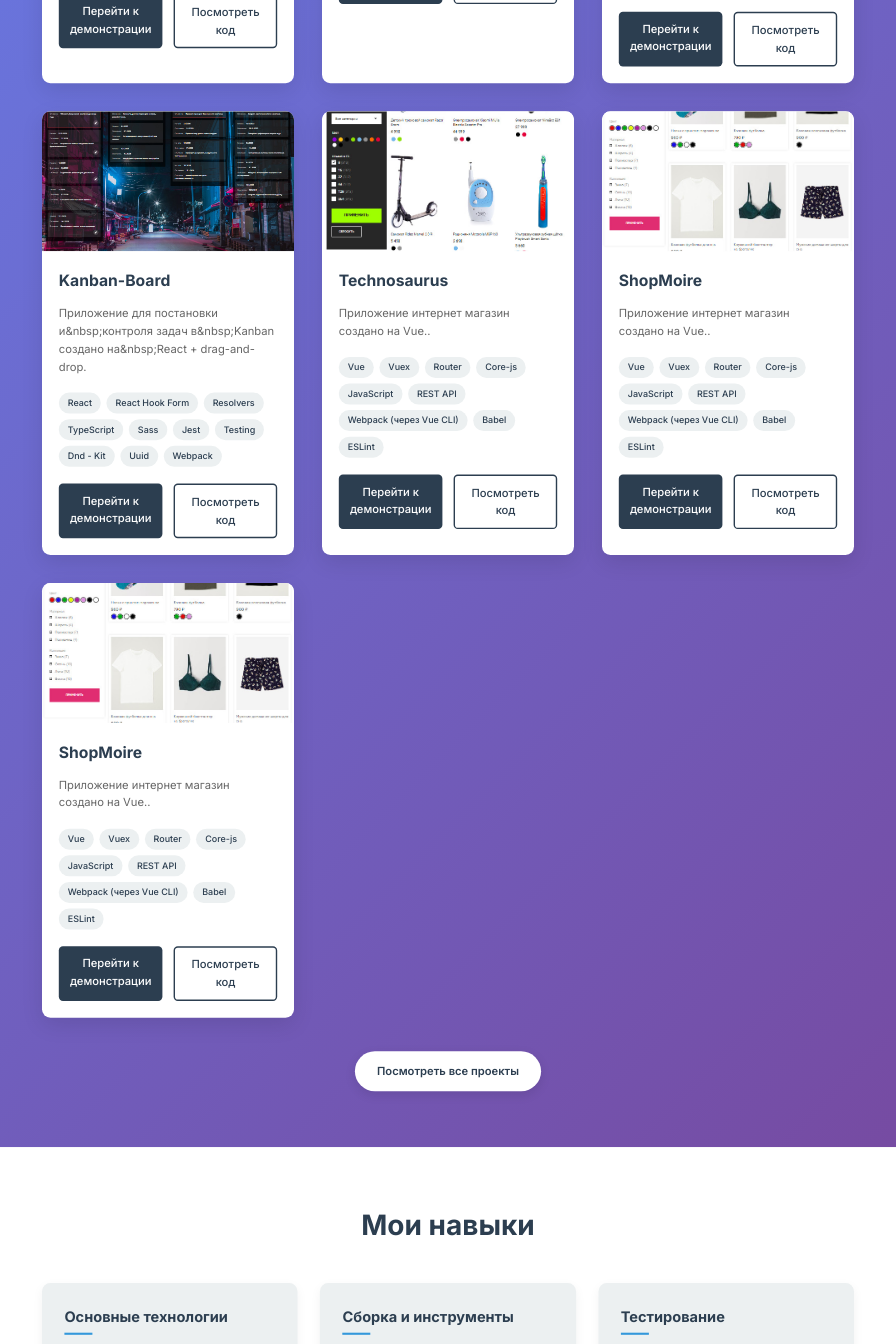
Repository: RostislavZeberg/resume-app
Page: /
These files come from the project's save history. The page is drawn as it stood at one moment and after the next save; the edit follows.
The browser window is 1280 px wide. The pictures show the part of the page from y = 807 to 2727 px (the page is 5003 px tall), at 70% of full size.
The project was rebuilt for these pictures with package versions that can differ from the ones it lists, and the page was loaded fresh each time. The framework's server and built-in components were replaced by stand-ins that run in the browser. Also part of the build but not shown: next.config.ts.

Above is the page before, as saved 2025-09-18 19:17:03.

### pages/_app.tsx
import type { AppProps } from 'next/app';
import '../styles/globals.scss';
import Head from 'next/head';

function MyApp({ Component, pageProps }: AppProps) {
  return (
    <>
      <Head>
        <meta name="viewport" content="width=device-width, initial-scale=1" />
        <meta name="theme-color" content="#2c3e50" />
        <meta name="description" content="Резюме фронтенд-разработчика React с 5+ годами опыта. Специализация: React, TypeScript, Next.js, Redux Toolkit." />
        <meta name="keywords" content="React, TypeScript, Next.js, фронтенд-разработчик, резюме" />
        <meta property="og:title" content="Фронтенд-разработчик React" />
        <meta property="og:description" content="Резюме фронтенд-разработчика React с 5+ годами опыта" />
        <meta property="og:type" content="website" />
        <link rel="icon" href="/favicon.ico" />
      </Head>
      <Component {...pageProps} />
    </>
  );
}

export default MyApp;

### pages/_document.tsx
import { Html, Head, Main, NextScript } from 'next/document';

export default function Document() {
  return (
    <Html lang="ru">
      <Head>
        <link rel="preconnect" href="https://fonts.googleapis.com" />
        <link rel="preconnect" href="https://fonts.gstatic.com" crossOrigin="anonymous" />
        <link href="https://fonts.googleapis.com/css2?family=Inter:wght@300;400;500;600;700&display=swap" rel="stylesheet" />

        {/* Фавикон */}
        <link rel="icon" href="/favicon.ico" sizes="any" />
        <link rel="icon" href="/favicon.svg" type="image/svg+xml" />
        <link rel="apple-touch-icon" href="/apple-touch-icon.png" />
        <link rel="manifest" href="/manifest.webmanifest" />

        {/* Мета-теги */}
        <meta name="theme-color" content="#2c3e50" />
        <meta name="description" content="Резюме фронтенд-разработчика React с 5+ годами опыта. Специализация: React, TypeScript, Next.js, Redux Toolkit." />
        <meta name="keywords" content="React, TypeScript, Next.js, фронтенд-разработчик, резюме" />
      </Head>
      <body>
        <Main />
        <NextScript />
      </body>
    </Html>
  );
}

### pages/index.tsx
import Head from 'next/head';
import { NextPage } from 'next';
import Contacts from '../components/Sections/Contacts';
import Skills from '../components/Sections/Skills';
import About from '../components/Sections/About';
import Projects from '../components/Sections/Projects';
import Header from '../components/Layout/Header';

const Home: NextPage = () => {
  return (
    <>
      <Head>
        <title>Фронтенд-разработчик React | Резюме</title>
        <meta name="description" content="Резюме фронтенд-разработчика React с 5+ годами опыта. Специализация: React, TypeScript, Next.js, Redux Toolkit." />
        <meta name="keywords" content="React, TypeScript, Next.js, фронтенд-разработчик, резюме" />
        <meta property="og:title" content="Фронтенд-разработчик React" />
        <meta property="og:description" content="Резюме фронтенд-разработчика React с 5+ годами опыта" />
        <meta property="og:type" content="website" />
        <link rel="icon" href="/favicon.ico" />
      </Head>

      <Header />
      <main>
        <Projects />
        <Skills />
        <About />
        <Contacts />
      </main>
    </>
  );
};

export default Home;

### styles/globals.scss
// Переменные и миксины
@import './variables.scss';
@import './mixins';

// Глобальные стили
* {
  box-sizing: border-box;
  margin: 0;
  padding: 0;
}

html {
  scroll-behavior: smooth;
  scroll-padding-top: 60px;
}

body {
  font-family: 'Inter', 'Arial', sans-serif;
  line-height: 1.6;
  color: $text-color;
  background-color: $background-color;
  padding-top: 60px;
}

.container {
  max-width: 1200px;
  margin: 0 auto;
  padding: 0 20px;
}

section {
  padding: 80px 0;

  h2 {
    text-align: center;
    margin-bottom: 50px;
    font-size: 2.5rem;
    color: $primary-color;
  }
}

// Анимации
@keyframes fadeIn {
  from {
    opacity: 0;
    transform: translateY(20px);
  }
  to {
    opacity: 1;
    transform: translateY(0);
  }
}

.fade-in {
  animation: fadeIn 0.6s ease forwards;
}

// Адаптивность
@include desktop {
  .container {
    max-width: 1200px;
  }
}

@include tablet {
  .container {
    max-width: 100%;
    padding: 0 15px;
  }

  section {
    padding: 60px 0;

    h2 {
      font-size: 2rem;
      margin-bottom: 40px;
    }
  }
}

@include mobile {
  .container {
    padding: 0 10px;
  }

  section {
    padding: 40px 0;

    h2 {
      font-size: 1.8rem;
      margin-bottom: 30px;
    }
  }
}

### components/Sections/Contacts.tsx
import React from 'react';
import Icon from '../UI/Icon';
import styles from '../../styles/sections/contacts.module.scss';
import { contacts } from '@/info/contacts';

const Contacts: React.FC = () => {

  return (
    <section id="contacts" className={styles.contacts}>
      <div className="container">
        <h2>Контакты</h2>
        <div className={styles.contactsGrid}>
          {contacts.map((contact, index) => (
            <a
              key={index}
              href={contact.href}
              className={styles.contactItem}
              target="_blank"
              rel="noopener noreferrer"
            >
              <Icon name={contact.icon} className={styles.contactIcon} />
              <span>{contact.text}</span>
            </a>
          ))}
        </div>
      </div>
    </section>
  );
};

export default Contacts;

### components/Sections/Skills.tsx
import React from 'react';
import styles from '../../styles/sections/skills.module.scss';

const Skills: React.FC = () => {
  const skillCategories = [
    {
      title: 'Основные технологии',
      skills: ['React', 'Redux', 'Redux Toolkit', 'TypeScript', 'Next.js', 'Sass/SCSS']
    },
    {
      title: 'Сборка и инструменты',
      skills: ['Vite', 'Webpack', 'Parcel', 'Gulp', 'Git', 'GitHub']
    },
    {
      title: 'Тестирование',
      skills: ['Unit-тестирование', 'Jest', 'React Testing Library']
    },
    {
      title: 'Дополнительные навыки',
      skills: ['HTTP/REST', 'ООП', 'DRY/KISS', 'WordPress', 'Vue.js', 'SQL', 'Python', 'Docker', 'Linux']
    },
    {
      title: 'Языки',
      skills: ['Английский (B1)']
    }
  ];

  return (
    <section id="skills" className={styles.skills}>
      <div className="container">
        <h2>Мои навыки</h2>
        <div className={styles.skillsGrid}>
          {skillCategories.map((category, index) => (
            <div key={index} className={styles.skillCategory}>
              <h3>{category.title}</h3>
              <ul>
                {category.skills.map((skill, i) => (
                  <li key={i}>{skill}</li>
                ))}
              </ul>
            </div>
          ))}
        </div>
      </div>
    </section>
  );
};

export default Skills;

### components/Sections/Projects.tsx
import React from 'react';
import ProjectCard from '../UI/ProjectCard';
import styles from '../../styles/sections/projects.module.scss';
import { projects } from '@/info/projects';

const Projects: React.FC = () => {
  return (
    <section id="projects" className={styles.projects}>
      <div className="container">
        <h2>Мои проекты</h2>
        <div className={styles.projectsGrid}>
          {projects.map((project, index) => (
            <ProjectCard key={index} project={project} />
          ))}
        </div>
        <div className={styles.viewAll}>
          <a
            href="https://github.com/RostislavZeberg?tab=repositories"
            className={styles.viewAllButton}
            target="_blank"
            rel="noopener noreferrer"
          >
            Посмотреть все проекты
          </a>
        </div>
      </div>
    </section>
  );
};

export default Projects;

### components/Layout/Header.tsx
import React, { useState } from 'react';
import Link from 'next/link';
import styles from '../../styles/layout/header.module.scss';

const Header: React.FC = () => {
  const [isMenuOpen, setIsMenuOpen] = useState(false);

  const toggleMenu = () => {
    setIsMenuOpen(!isMenuOpen);
  };

  return (
    <header className={styles.header}>
      <div className="container">
        <nav className={styles.nav}>
          <div className={styles.logo}>
            <Link href="/">Фронтенд-разработчик React + Next</Link>
          </div>

          <button
            className={`${styles.menuToggle} ${isMenuOpen ? styles.active : ''}`}
            onClick={toggleMenu}
            aria-label="Меню"
          >
            <span></span>
            <span></span>
            <span></span>
          </button>

          <ul className={`${styles.navList} ${isMenuOpen ? styles.active : ''}`}>
            <li><a href="#contacts" onClick={() => setIsMenuOpen(false)}>Контакты</a></li>
            <li><a href="#skills" onClick={() => setIsMenuOpen(false)}>Навыки</a></li>
            <li><a href="#about" onClick={() => setIsMenuOpen(false)}>Обо мне</a></li>
            <li><a href="#projects" onClick={() => setIsMenuOpen(false)}>Проекты</a></li>
          </ul>
        </nav>
      </div>
    </header>
  );
};

export default Header;

### styles/variables.scss
// Цвета
$primary-color: #2c3e50;
$secondary-color: #3498db;
$accent-color: #e74c3c;
$background-color: #f9f9f9;
$text-color: #333;
$light-gray: #ecf0f1;

// Breakpoints
$desktop: 1280px;
$tablet: 1024px;
$small-tablet: 768px;
$mobile: 320px;

### styles/mixins.scss
@mixin desktop {
  @media (min-width: #{$desktop}) {
    @content;
  }
}

@mixin tablet {
  @media (min-width: #{$small-tablet}) and (max-width: #{$tablet}) {
    @content;
  }
}

@mixin small-tablet {
  @media (min-width: #{$mobile}) and (max-width: #{$small-tablet - 1px}) {
    @content;
  }
}

@mixin mobile {
  @media (max-width: #{$mobile}) {
    @content;
  }
}

@mixin flex-center {
  display: flex;
  justify-content: center;
  align-items: center;
}

@mixin card-shadow {
  box-shadow: 0 4px 6px rgba(0, 0, 0, 0.1);
  transition: box-shadow 0.3s ease;

  &:hover {
    box-shadow: 0 10px 20px rgba(0, 0, 0, 0.15);
  }
}

### components/UI/Icon.tsx
import React from 'react';
import Image from 'next/image';

interface IconProps {
  name: string;
  className?: string;
  width?: number;
  height?: number;
}

const Icon: React.FC<IconProps> = ({ name, className = '', width = 24, height = 24 }) => {
  return (
    <Image
      src={`/icons/${name}.svg`}
      alt={`${name} icon`}
      width={width}
      height={height}
      className={className}
    />
  );
};

export default Icon;

### styles/sections/contacts.module.scss
@import '../variables';
@import '../mixins';

.contacts {
  background: linear-gradient(135deg, #f5f7fa 0%, #c3cfe2 100%);
  padding: 100px 0;
}

.contactsGrid {
  display: grid;
  grid-template-columns: repeat(auto-fit, minmax(250px, 1fr));
  gap: 2rem;
  margin-top: 3rem;
}

.contactItem {
  display: flex;
  flex-direction: column;
  align-items: center;
  justify-content: center;
  background: white;
  padding: 2rem;
  border-radius: 12px;
  box-shadow: 0 10px 30px rgba(0, 0, 0, 0.1);
  transition: all 0.3s ease;
  text-decoration: none;
  color: $text-color;

  &:hover {
    transform: translateY(-5px);
    box-shadow: 0 15px 40px rgba(0, 0, 0, 0.15);

    .contactIcon {
      transform: scale(1.1);
    }
  }
}

.contactIcon {
  width: 60px;
  height: 60px;
  margin-bottom: 1rem;
  transition: transform 0.3s ease;
}

// Адаптивность
@include tablet {
  .contactsGrid {
    grid-template-columns: repeat(2, 1fr);
    gap: 1.5rem;
  }
}

@include small-tablet {
  .contactsGrid {
    grid-template-columns: 1fr;
    gap: 1rem;
  }

  .contactItem {
    padding: 1.5rem;
  }
}

@include mobile {
  .contacts {
    padding: 80px 0;
  }

  .contactIcon {
    width: 50px;
    height: 50px;
  }
}

### info/contacts.ts
export const contacts = [
  { icon: 'email', text: 'zeberg@bk.ru', href: 'mailto:zeberg@bk.ru' },
  { icon: 'phone', text: '+7(960)-552-4171', href: 'tel:+79605524171' },
  { icon: 'telegram', text: '@zeberg_jaguar', href: 'https://t.me/zeberg_jaguar' },
  { icon: 'github', text: 'GitHub', href: 'https://github.com/RostislavZeberg?tab=repositories' }
];

### styles/sections/skills.module.scss
@import '../variables';
@import '../mixins';

.skills {
  background-color: white;
}

.skillsGrid {
  display: grid;
  grid-template-columns: repeat(auto-fit, minmax(300px, 1fr));
  gap: 2rem;
}

.skillCategory {
  background: $light-gray;
  padding: 2rem;
  border-radius: 12px;
  box-shadow: 0 5px 15px rgba(0, 0, 0, 0.05);

  h3 {
    color: $primary-color;
    margin-bottom: 1.5rem;
    font-size: 1.3rem;
    position: relative;
    padding-bottom: 0.5rem;

    &::after {
      content: '';
      position: absolute;
      bottom: 0;
      left: 0;
      width: 40px;
      height: 3px;
      background: $secondary-color;
    }
  }

  ul {
    list-style: none;
  }

  li {
    margin-bottom: 0.8rem;
    padding-left: 1.5rem;
    position: relative;

    &::before {
      content: '▹';
      position: absolute;
      left: 0;
      color: $secondary-color;
    }
  }
}

// Адаптивность
@include tablet {
  .skillsGrid {
    grid-template-columns: repeat(2, 1fr);
    gap: 1.5rem;
  }
}

@include small-tablet {
  .skillsGrid {
    grid-template-columns: 1fr;
    gap: 1rem;
  }

  .skillCategory {
    padding: 1.5rem;
  }
}

@include mobile {
  .skillCategory {
    padding: 1.2rem;

    h3 {
      font-size: 1.2rem;
    }
  }
}

### styles/sections/about.module.scss
@import '../variables';
@import '../mixins';

.about {
  background-color: $light-gray;
}

.aboutContent {
  max-width: 800px;
  margin: 0 auto;

  p {
    margin-bottom: 1.5rem;
    line-height: 1.8;
    text-align: justify;
  }
}

// Адаптивность
@include tablet {
  .aboutContent {
    padding: 0 1rem;
  }
}

@include mobile {
  .aboutContent p {
    text-align: left;
  }
}

### components/UI/ProjectCard.tsx
import React from 'react';
import Image from 'next/image';
import styles from '../../styles/ui/project-card.module.scss';

interface Project {
  name: string;
  description: string;
  demoLink: string;
  codeLink: string;
  technologies: string[];
}

interface ProjectCardProps {
  project: Project;
}

const ProjectCard: React.FC<ProjectCardProps> = ({ project }) => {
  return (
    <div className={styles.projectCard}>
      <div className={styles.projectImage}>
        <a href={project.demoLink} target="_blank" rel="noopener noreferrer">
          <Image
            src={`/images/projects/${project.name.toLowerCase()}.jpg`}
            alt={project.name}
            fill
            style={{ objectFit: 'cover' }}
            sizes="(max-width: 768px) 100vw, (max-width: 1200px) 50vw, 33vw"
          />
        </a>
      </div>
      <div className={styles.projectContent}>
        <h3>{project.name}</h3>
        <p>{project.description}</p>
        <div className={styles.technologies}>
          {project.technologies.map((tech, index) => (
            <span key={index} className={styles.techTag}>{tech}</span>
          ))}
        </div>
        <div className={styles.projectActions}>
          <a
            href={project.demoLink}
            className={styles.demoButton}
            target="_blank"
            rel="noopener noreferrer"
          >
            Перейти к демонстрации
          </a>
          <a
            href={project.codeLink}
            className={styles.codeButton}
            target="_blank"
            rel="noopener noreferrer"
          >
            Посмотреть код
          </a>
        </div>
      </div>
    </div>
  );
};

export default ProjectCard;

### styles/sections/projects.module.scss
@import '../variables';
@import '../mixins';

.projects {
  background: linear-gradient(135deg, #667eea 0%, #764ba2 100%);
  color: white;

  h2 {
    color: white;
  }
}

.projectsGrid {
  display: grid;
  grid-template-columns: repeat(auto-fit, minmax(350px, 1fr));
  gap: 2.5rem;
  margin-bottom: 3rem;
}

.viewAll {
  text-align: center;
  margin-top: 3rem;
}

.viewAllButton {
  display: inline-block;
  padding: 1rem 2rem;
  background: white;
  color: $primary-color;
  text-decoration: none;
  border-radius: 30px;
  font-weight: 600;
  transition: all 0.3s ease;
  box-shadow: 0 5px 15px rgba(0, 0, 0, 0.1);

  &:hover {
    transform: translateY(-3px);
    box-shadow: 0 10px 25px rgba(0, 0, 0, 0.2);
    background: $accent-color;
    color: white;
  }
}

// Адаптивность
@include tablet {
  .projectsGrid {
    grid-template-columns: repeat(2, 1fr);
    gap: 2rem;
  }
}

@include small-tablet {
  .projectsGrid {
    grid-template-columns: 1fr;
    gap: 1.5rem;
  }
}

@include mobile {
  .projectsGrid {
    grid-template-columns: 1fr;
    gap: 1.5rem;
  }

  .viewAllButton {
    padding: 0.8rem 1.5rem;
    font-size: 0.9rem;
  }
}

### info/projects.ts
export const projects = [
  {
    name: 'CinemaGuide',
    description: 'Приложение для поиска кинофильмов создано на&nbsp;React + TypeScript + Vite. Полный функционал.',
    demoLink: 'https://rostislavzeberg.github.io/CinemaGuide',
    codeLink: 'https://github.com/RostislavZeberg/CinemaGuide/tree/dev',
    technologies: ['React', 'TypeScript', 'Vite', 'React Router DOM', 'Axios', 'React Hook Form', 'Zod', 'React Query, ESLint', 'Vite.']
  },
  {
    name: 'ShopOnline',
    description: 'Онлайн-магазин на&nbsp;Next.js. Полный функционал.',
    demoLink: 'https://shop-online-omega.vercel.app/',
    codeLink: 'https://github.com/RostislavZeberg/ShopOnline',
    technologies: ['Next.js', 'React', 'TypeScript', 'Redux Toolkit', 'SCSS', 'Axios', 'GSAP', 'Zod, ESLint', 'Vite.']
  },
  {
    name: 'CatalogProducts',
    description: 'Приложение для управления карточками товаров со&nbsp;стороны администрации магазина создано на&nbsp;React. Полный функционал.',
    demoLink: 'https://rostislavzeberg.github.io/CatalogProducts',
    codeLink: 'https://github.com/RostislavZeberg/CatalogProducts',
    technologies: ['React', 'Redux', 'TypeScript', 'React Router', 'React Hook Form', 'React Query', 'Resolvers', 'Sass', 'Axios', 'Zod',
      'ESLint', 'Vite.']
  },
  {
    name: 'Kanban-Board',
    description: 'Приложение для постановки и&nbsp;контроля задач в&nbsp;Kanban создано на&nbsp;React + drag-and-drop.',
    demoLink: 'https://shop-online-omega.vercel.app/',
    codeLink: 'https://github.com/RostislavZeberg/ShopOnline',
    technologies: ['React', 'React Hook Form', 'Resolvers', 'TypeScript', 'Sass', 'Jest', 'Testing', 'Dnd - Kit', 'Uuid', 'Webpack']
  },
  {
    name: 'Technosaurus',
    description: 'Приложение интернет магазин создано на Vue..',
    demoLink: 'https://rostislavzeberg.github.io/Technosaurus/#/',
    codeLink: 'https://github.com/RostislavZeberg/Technosaurus',
    technologies: ['Vue', 'Vuex', 'Router', 'Core-js', 'JavaScript', 'REST API', 'Webpack (через Vue CLI)', 'Babel', 'ESLint']
  },
  {
    name: 'ShopMoire',
    description: 'Приложение интернет магазин создано на Vue..',
    demoLink: 'https://rostislavzeberg.github.io/ShopMoire/#/',
    codeLink: 'https://github.com/RostislavZeberg/ShopMoire',
    technologies: ['Vue', 'Vuex', 'Router', 'Core-js', 'JavaScript', 'REST API', 'Webpack (через Vue CLI)', 'Babel', 'ESLint']
  },
  {
    name: 'ShopMoire',
    description: 'Приложение интернет магазин создано на Vue..',
    demoLink: 'https://rostislavzeberg.github.io/ShopMoire/#/',
    codeLink: 'https://github.com/RostislavZeberg/ShopMoire',
    technologies: ['Vue', 'Vuex', 'Router', 'Core-js', 'JavaScript', 'REST API', 'Webpack (через Vue CLI)', 'Babel', 'ESLint']
  },
];

### styles/layout/header.module.scss
@import '../variables';
@import '../mixins';

.header {
  background-color: $primary-color;
  color: white;
  position: fixed;
  top: 0;
  left: 0;
  right: 0;
  z-index: 1000;
  box-shadow: 0 2px 10px rgba(0, 0, 0, 0.1);
}

.nav {
  display: flex;
  justify-content: space-between;
  align-items: center;
  padding: 1rem 0;
}

.logo {
  a {
    color: white;
    text-decoration: none;
    font-weight: 600;
    font-size: 1.2rem;

    &:hover {
      color: $accent-color;
    }
  }
}

.navList {
  display: flex;
  list-style: none;
  gap: 2rem;

  a {
    color: white;
    text-decoration: none;
    font-weight: 500;
    transition: color 0.3s ease;

    &:hover {
      color: $accent-color;
    }
  }
}

.menuToggle {
  display: none;
  flex-direction: column;
  justify-content: space-around;
  width: 2rem;
  height: 2rem;
  background: transparent;
  border: none;
  cursor: pointer;
  padding: 0;

  span {
    width: 2rem;
    height: 0.25rem;
    background: white;
    border-radius: 10px;
    transition: all 0.3s linear;
    position: relative;
    transform-origin: 1px;
  }
}

// Адаптивность
@include tablet {
  .navList {
    gap: 1.5rem;
  }
}

@include small-tablet {
  .menuToggle {
    display: flex;
    z-index: 1001;
  }

  .navList {
    position: fixed;
    top: 0;
    right: 0;
    height: 100vh;
    width: 70%;
    background: $primary-color;
    flex-direction: column;
    justify-content: center;
    align-items: center;
    transform: translateX(100%);
    transition: transform 0.3s ease-in-out;

    &.active {
      transform: translateX(0);
    }
  }

  .menuToggle.active {
    span:nth-child(1) {
      transform: rotate(45deg);
    }

    span:nth-child(2) {
      opacity: 0;
    }

    span:nth-child(3) {
      transform: rotate(-45deg);
    }
  }
}

@include mobile {
  .logo a {
    font-size: 1rem;
  }
}

Loaded but not shown: styles/ui/project-card.module.scss (137 lines, source omitted); components/Sections/About.tsx (42 lines, source omitted)

After the next save:
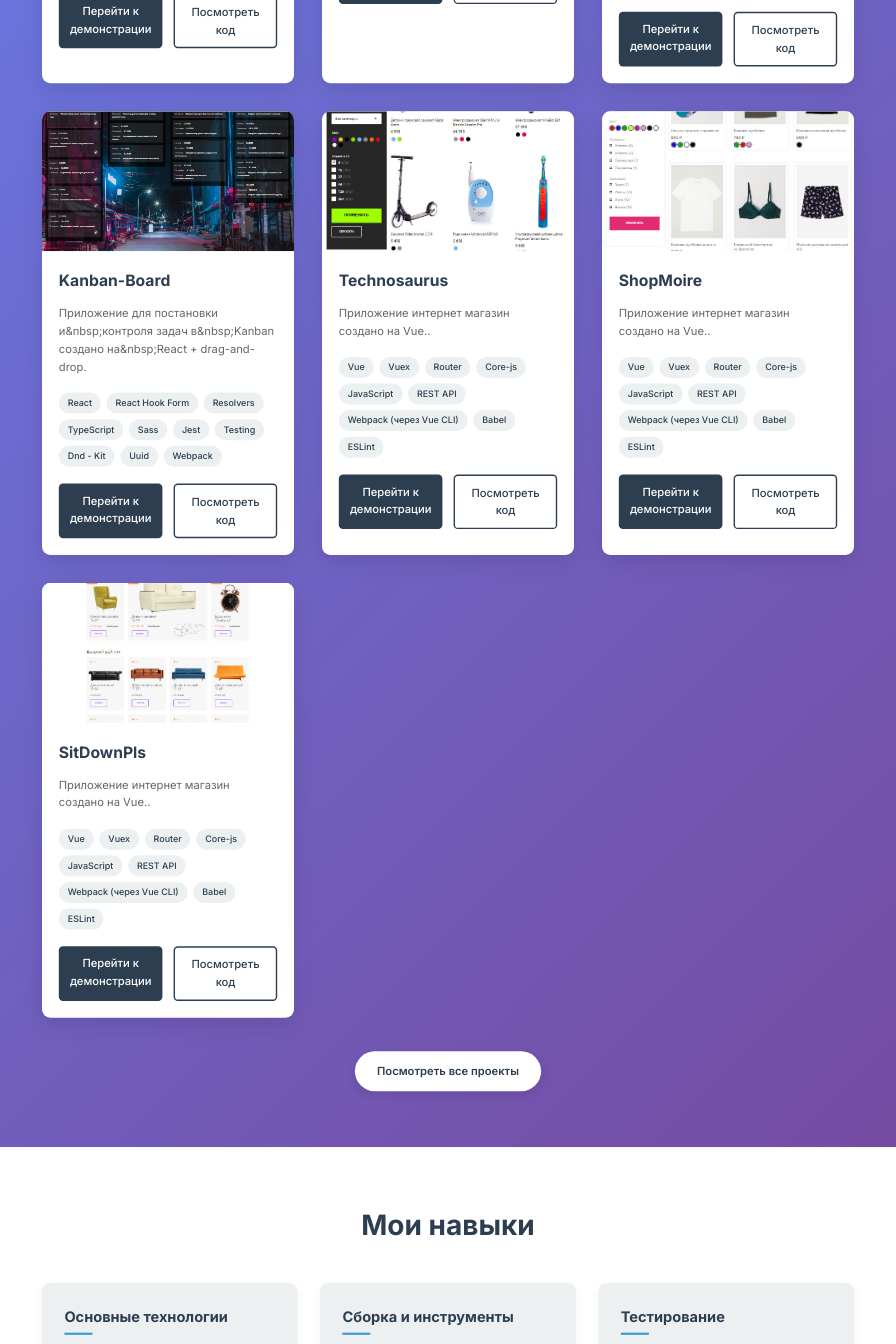
Saved 9 s later.
--- a/info/projects.ts
+++ b/info/projects.ts
@@ -43,7 +43,7 @@ export const projects = [
     technologies: ['Vue', 'Vuex', 'Router', 'Core-js', 'JavaScript', 'REST API', 'Webpack (через Vue CLI)', 'Babel', 'ESLint']
   },
   {
-    name: 'ShopMoire',
+    name: 'SitDownPls',
     description: 'Приложение интернет магазин создано на Vue..',
     demoLink: 'https://rostislavzeberg.github.io/ShopMoire/#/',
     codeLink: 'https://github.com/RostislavZeberg/ShopMoire',
